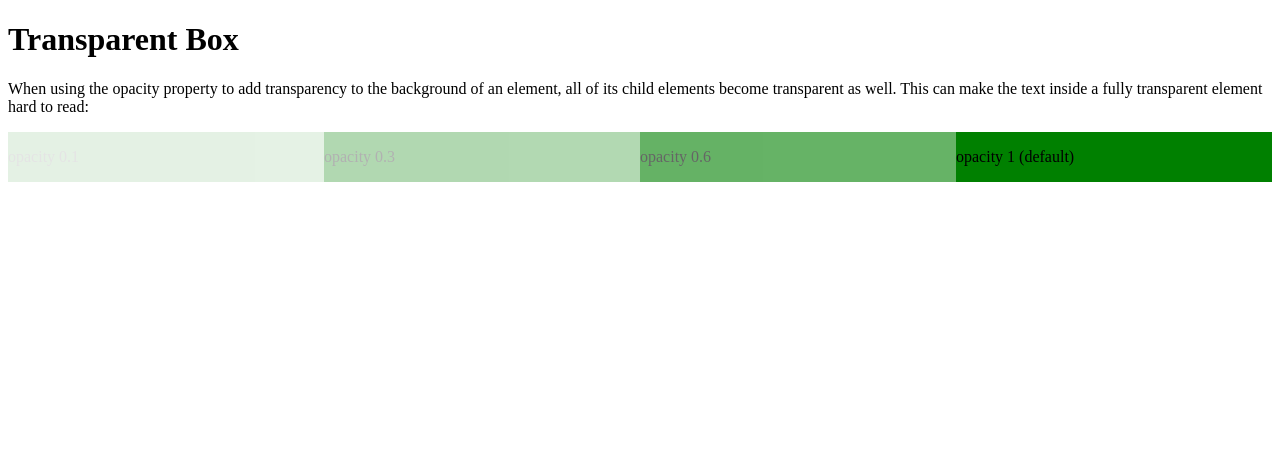
Repository: daeun0220/KB_EDU_JAVA
Page: work03_FrontUI/front02_CSS3/src/main/webapp/css05_opacity(W3C).html
These files come from the project's save history. The page is drawn as it stood at one moment and after the next save; the edit follows.
The browser window is 1280 px wide. The pictures show the whole page.

Above is the page before, as saved 2023-08-08 01:35:47.

After the next save:
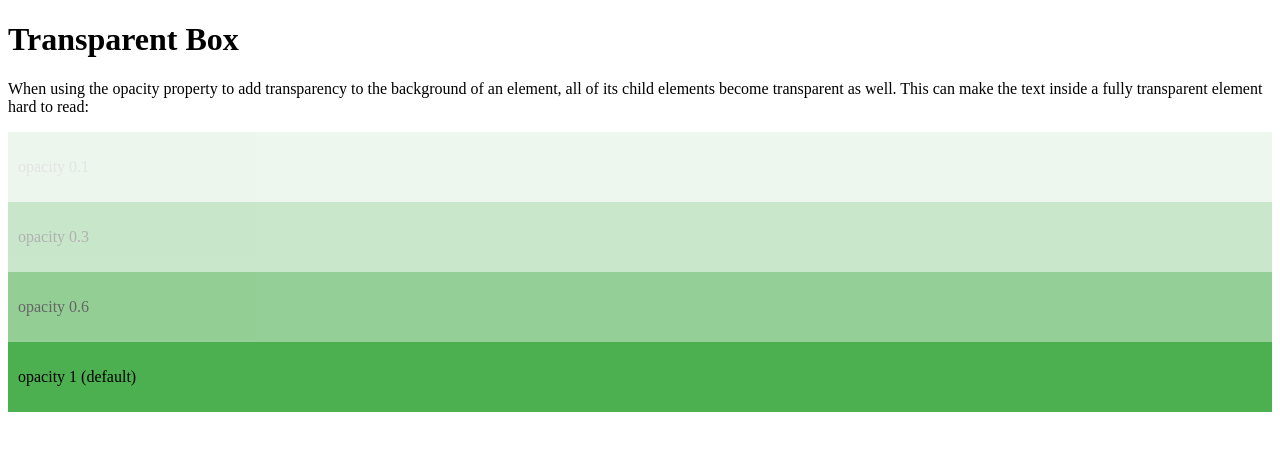
Saved 10 s later.
--- a/work03_FrontUI/front02_CSS3/src/main/webapp/css05_opacity(W3C).html
+++ b/work03_FrontUI/front02_CSS3/src/main/webapp/css05_opacity(W3C).html
@@ -2,21 +2,21 @@
 <html>
 <head>
 <style>
-div{
-	float: left;
-	background-color: green;
-	width: 25%;
+div {
+  background-color: #4CAF50;
+  padding: 10px;
 }
 
-/* div태그의 클래스 속성의 값이 first */
-div.first{
-	opacity: 0.1;
+div.first {
+  opacity: 0.1;
 }
-div.second{
-	opacity: 0.3;
+
+div.second {
+  opacity: 0.3;
 }
-div.third{
-	opacity: 0.6;
+
+div.third {
+  opacity: 0.6;
 }
 </style>
 </head>
